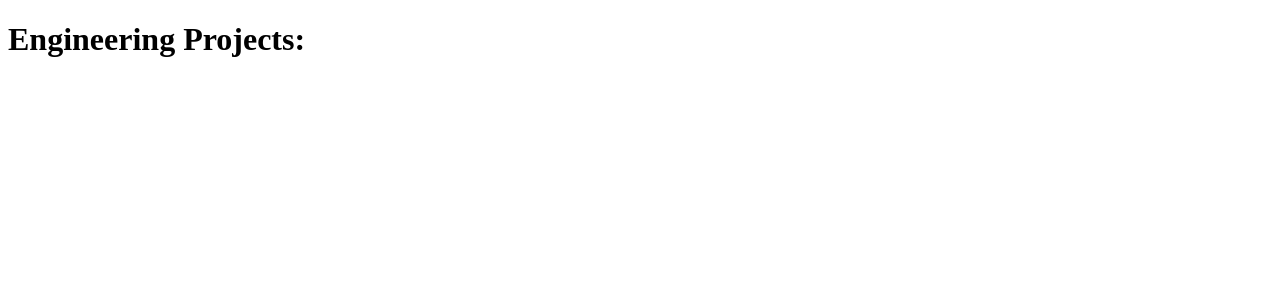
Repository: Isaakwashere/isaakwashere.github.io
Page: Engineering.html
The author's editor kept a record of every edit. The page is drawn from the files as they stood at one moment, then again after the next edit.
The browser window is 1280 px wide. The pictures show the whole page.

Above is the page before.

After the next edit:
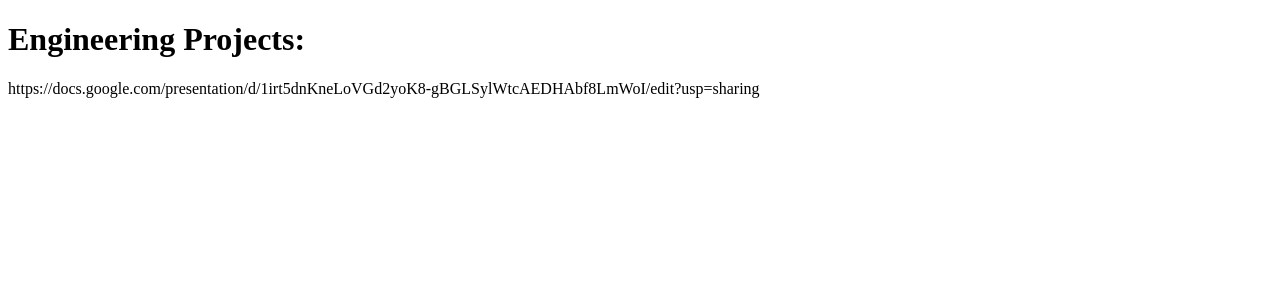
The edit:
--- a/Engineering.html
+++ b/Engineering.html
@@ -17,3 +17,5 @@
 
 </body>
 </html>
+
+https://docs.google.com/presentation/d/1irt5dnKneLoVGd2yoK8-gBGLSylWtcAEDHAbf8LmWoI/edit?usp=sharing
